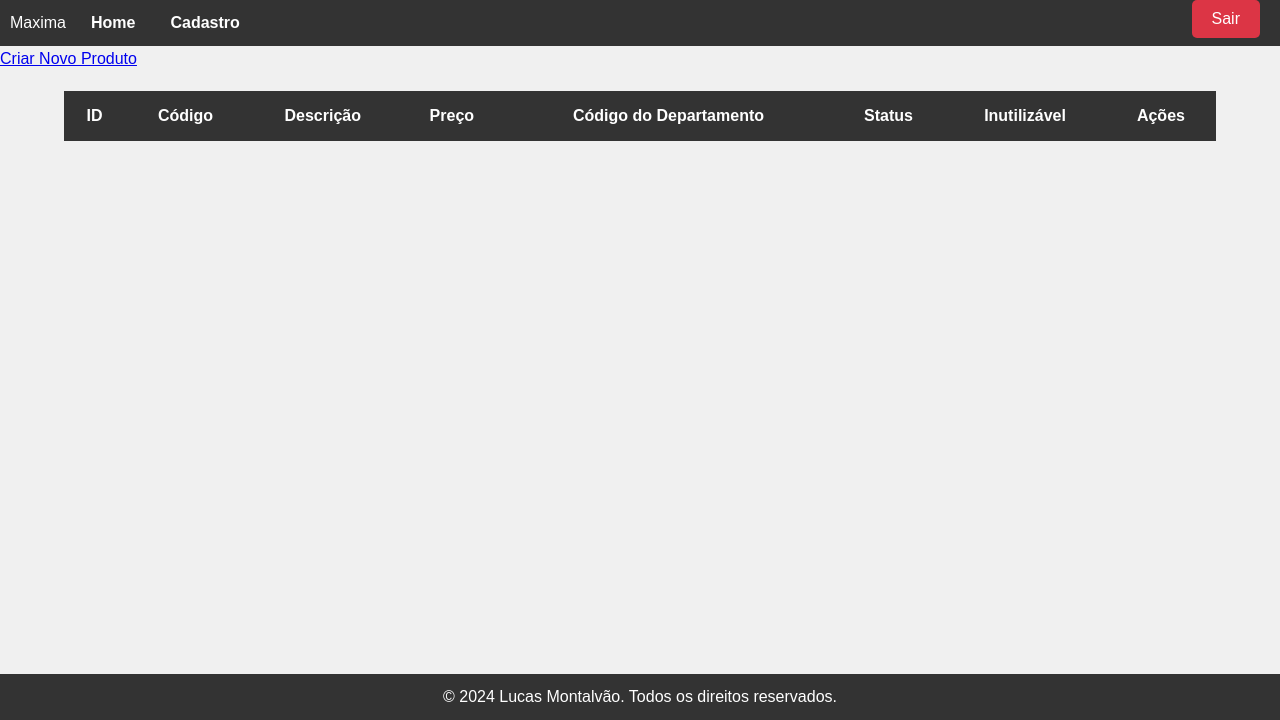
Repository: LucasMontalvao1/ProjetoMaxima
Page: /produto (app in AngularMaxima/)
An editor plug-in stored every save of this project. The page is shown before and after a run of saves, followed by the edit.
The browser window is 1280 px wide. The pictures show the whole page.
The page's requests for data from a server got no answer. The project was rebuilt for these pictures with package versions that can differ from the ones it lists, and the page was loaded fresh each time. No one was signed in, and anything a server would have sent is missing. Also part of the build but not shown: AngularMaxima/angular.json, AngularMaxima/src/app/pages/login/login.component.ts, AngularMaxima/src/app/pages/home/home.component.ts.

Above is the page before, as saved 2024-07-14 19:57:02.

### AngularMaxima/src/index.html
<!doctype html>
<html lang="en">
<head>
  <meta charset="utf-8">
  <title>AngularMaxima</title>
  <base href="/">
  <meta name="viewport" content="width=device-width, initial-scale=1">
  <link rel="icon" type="image/x-icon" href="favicon.ico">
</head>
<body>
  <app-root></app-root>
</body>
</html>

### AngularMaxima/src/styles.css
* {
  margin: 0;
  padding: 0;
  box-sizing: border-box;
}

body {
  font-family: Arial, sans-serif;
  background-color: #f0f0f0;
  font-size: 16px;
  line-height: 1.6;
}

.container {
  display: flex;
  flex-direction: column;
  justify-content: space-between;
  min-height: 100vh;
}

### AngularMaxima/src/app/app.module.ts
import { NgModule } from '@angular/core';
import { BrowserModule } from '@angular/platform-browser';

import { AppRoutingModule } from './app-routing.module';
import { AppComponent } from './app.component';
import { LoginComponent } from './pages/login/login.component';
import { ReactiveFormsModule } from '@angular/forms';
import { HttpClientModule } from '@angular/common/http';
import { AuthService } from './services/auth.service';
import { HomeComponent } from './pages/home/home.component';
import { MenuComponent } from './layout/menu/menu.component';
import { FooterComponent } from './layout/footer/footer.component';
import { ProdutosComponent } from './pages/produto/produto.component';

@NgModule({
  declarations: [
    AppComponent,
    LoginComponent,
    HomeComponent,
    MenuComponent,
    FooterComponent,
    ProdutosComponent,

  ],
  imports: [
    BrowserModule,
    AppRoutingModule,
    ReactiveFormsModule,
    HttpClientModule
  ],
  providers: [AuthService],
  bootstrap: [AppComponent]
})
export class AppModule { }

### AngularMaxima/src/app/app-routing.module.ts
import { NgModule } from '@angular/core';
import { RouterModule, Routes } from '@angular/router';
import { LoginComponent } from './pages/login/login.component';
import { HomeComponent } from './pages/home/home.component';
import { ProdutosComponent } from './pages/produto/produto.component';

const routes: Routes = [
  { path: '', redirectTo: '/login', pathMatch: 'full'},
  { path: 'login', component: LoginComponent},
  { path: 'home', component: HomeComponent},
  { path: 'produto', component: ProdutosComponent},
  { path: 'home', component: HomeComponent},
];

@NgModule({
  imports: [RouterModule.forRoot(routes)],
  exports: [RouterModule]
})
export class AppRoutingModule { }

### AngularMaxima/src/app/app.component.ts
import { Component } from '@angular/core';

@Component({
  selector: 'app-root',
  templateUrl: './app.component.html',
  styleUrls: ['./app.component.css']
})
export class AppComponent {
  title = 'AngularMaxima';
}

### AngularMaxima/src/app/services/auth.service.ts
import { Injectable } from '@angular/core';
import { HttpClient } from '@angular/common/http';
import { Observable } from 'rxjs';
import { environment } from '../../../src/environments/environment';
import { Router } from '@angular/router';

@Injectable({
  providedIn: 'root'
})
export class AuthService {

  private apiUrl = environment.apiUrl;

  constructor(private http: HttpClient, private router: Router) { }

  login(username: string, password: string): Observable<any> {
    const body = { username, password };
    return this.http.post<any>(`${this.apiUrl}/login`, body, { responseType: 'text' as 'json' });
  }

    logout() {
    this.router.navigate(['/login']);
    }
}

### AngularMaxima/src/app/layout/menu/menu.component.ts
import { Component } from '@angular/core';
import { AuthService } from '../../services/auth.service';

@Component({
  selector: 'app-menu',
  templateUrl: './menu.component.html',
  styleUrls: ['./menu.component.css']
})
export class MenuComponent {

  constructor(private authService: AuthService) {}

  logout() {
    this.authService.logout();
  }
}

### AngularMaxima/src/app/pages/produto/produto.component.ts
// produtos.component.ts

import { Component, OnInit } from '@angular/core';
import { Produto } from '../../models/produto.model';
import { ProdutoService } from '../../services/produto.service';

@Component({
  selector: 'app-produtos',
  templateUrl: './produto.component.html',
  styleUrls: ['./produto.component.css']
})
export class ProdutosComponent implements OnInit {
  produtos: Produto[] = []; // Inicializando a propriedade produtos como um array vazio

  constructor(private produtoService: ProdutoService) { }

  ngOnInit(): void {
    this.CarregarProdutos();
  }

  CarregarProdutos(): void {
    this.produtoService.getAllProdutos().subscribe(
      (data: Produto[]) => {
        this.produtos = data;
      },
      (error) => {
        console.error('Erro ao carregar produtos:', error);
      }
    );
  }

  buscarProdutoPorId(id: number): void {
    this.produtoService.getProdutoById(id).subscribe(
      (produto: Produto) => {
        console.log('Produto encontrado:', produto);
        // Aqui você pode implementar lógica para lidar com o produto encontrado
      },
      (error) => {
        console.error('Erro ao buscar produto por ID:', error);
      }
    );
  }


  criarProduto(): void {
    const novoProduto: Produto = {
      codigo: 'NovoCodigo',
      descricao: 'Nova Descrição',
      preco: 0,
      departamentoCodigo: '001',
      status: 0,
      inutilizavel: 0
    };

    this.produtoService.createProduto(novoProduto).subscribe(
      (response: Produto) => {
        console.log('Produto criado com sucesso:', response);
        this.CarregarProdutos(); // Recarrega a lista de produtos após criar um novo
      },
      (error) => {
        console.error('Erro ao criar produto:', error);
      }
    );
  }

  editarProduto(id: number): void {
    // Implemente conforme necessário, utilizando o serviço ProdutoService
    // Exemplo de uso: this.produtoService.updateProduto(id, produto).subscribe(...)
  }

  detalhesProduto(id: number): void {
    // Implemente conforme necessário, utilizando o serviço ProdutoService
    // Exemplo de uso: this.produtoService.getProdutoById(id).subscribe(...)
  }

  excluirProduto(id: number): void {
    if (confirm('Tem certeza que deseja apagar este produto?')) {
      this.produtoService.deleteProduto(id).subscribe(
        () => {
          console.log('Produto excluído com sucesso.');
          this.CarregarProdutos(); // Recarrega a lista de produtos após excluir um produto
        },
        (error) => {
          console.error('Erro ao apagar produto:', error);
        }
      );
    }
  }
}

### AngularMaxima/src/environments/environment.ts
export const environment = {
  production: false,
  apiUrl: 'https://localhost:7041'
};

### AngularMaxima/src/app/layout/menu/menu.component.html
<div class="menu-container">
  <nav class="menu">
    <ul>
      <li>Maxima</li>
      <li><a routerLink="/home">Home</a></li>
      <li class="cadastro">
        <a href="#">Cadastro</a>
        <div class="submenu">
          <a routerLink="/produto">Produtos</a>
          <a routerLink="/departamento">Departamentos</a>
        </div>
      </li>
    </ul>
  </nav>

  <div class="user-actions">
    <button class="logout-button" (click)="logout()">Sair</button>
  </div>
</div>

### AngularMaxima/src/app/layout/menu/menu.component.css
/* styles.css (ou menu.component.css) */

.menu {
  background-color: #333;
  color: white;
  padding: 10px;
  display: flex;
  justify-content: space-between;
  align-items: center;
  position: relative; /* Adicionado para posicionamento absoluto do submenu */
  width: 100%;
}

.menu ul {
  list-style-type: none;
  display: flex;
}

.menu ul li {
  margin-right: 15px;
  position: relative; /* Adicionado para posicionamento absoluto do submenu */
}

.menu ul li a {
  color: white;
  text-decoration: none;
  font-weight: bold;
  padding: 10px;
  position: relative;
}

.menu ul li a:hover {
  text-decoration: underline;
}

.submenu {
  display: none;
  position: absolute;
  background-color: #333;
  padding: 10px;
  top: 100%; /* Posiciona o submenu abaixo do item de menu */
  left: 0;
  z-index: 1; /* Garante que o submenu apareça sobre outros elementos */
}

.menu ul li.cadastro:hover .submenu {
  display: block; /* Mostra o submenu quando o mouse passa sobre o item de menu */
}

.user-actions {
  margin-left: auto;
}

.logout-button {
  background-color: #dc3545;
  color: white;
  border: none;
  padding: 10px 20px;
  border-radius: 5px;
  cursor: pointer;
  font-size: 1rem;
}

.logout-button:hover {
  background-color: #c82333;
}

.header {
  position: fixed;
  top: 0;
  left: 0;
  width: 100%;
  background-color: #333;
  color: white;
  padding: 10px 20px;
  display: flex;
  justify-content: space-between;
  align-items: center;
}

.menu-container {
  display: flex;
  align-items: center; /* Ajuste para centralizar verticalmente */
}

.user-actions {
  position: absolute;
  top: 0;
  right: 20px; /* Ajuste a margem direita conforme necessário */
}

### AngularMaxima/src/app/layout/footer/footer.component.html
<footer class="footer">
  <p>&copy; 2024 Lucas Montalvão. Todos os direitos reservados.</p>
</footer>

### AngularMaxima/src/app/layout/footer/footer.component.css
.footer {
  background-color: #333;
  color: white;
  text-align: center;
  padding: 10px 0;
  width: 100%;
  position: fixed;
  bottom: 0;
  left: 0;
  z-index: 1000; /* Ajuste conforme necessário */
}

### AngularMaxima/src/app/pages/produto/produto.component.html
<app-menu></app-menu>
<p>
    <a routerLink="/produtos/create" class="btn btn-primary">Criar Novo Produto</a>
</p>

<table class="table table-striped table-hover">
    <thead>
        <tr>
            <th>ID</th>
            <th>Código</th>
            <th>Descrição</th>
            <th>Preço</th>
            <th>Código do Departamento</th>
            <th>Status</th>
            <th>Inutilizável</th>
            <th>Ações</th>
        </tr>
    </thead>
    <tbody>
        <tr *ngFor="let produto of produtos">
            <td>{{ produto.id }}</td>
            <td>{{ produto.codigo }}</td>
            <td>{{ produto.descricao }}</td>
            <td>{{ produto.preco | currency }}</td>
            <td>{{ produto.departamentoCodigo }}</td>
            <td>{{ produto.status }}</td>
            <td>{{ produto.inutilizavel }}</td>
            <td>
                <a routerLink="/produto/edit/{{ produto.id }}" class="btn btn-primary">Editar</a>
                <a routerLink="/produto/details/{{ produto.id }}" class="btn btn-primary">Detalhes</a>
                <button (click)="(produto.id)" class="btn btn-danger">Apagar</button>
            </td>
        </tr>
    </tbody>
</table>
<app-footer></app-footer>

### AngularMaxima/src/app/pages/produto/produto.component.css
/* produtos.component.css */

.table {
  width: 90%;
  margin: 20px auto; /* Centraliza a tabela com margem */
  border-collapse: collapse;
}

.table th, .table td {
  text-align: center;
  padding: 12px; /* Aumenta o padding para dar mais espaço nos botões */
}

.table th {
  background-color: #333; /* Cor azul para o cabeçalho */
  color: white;
  font-size: 16px;
  font-weight: bold;
}

.table td {
  background-color: #f8f9fa; /* Cor de fundo das células */
}

.table .btn {
  border-radius: 8px; /* Borda arredondada */
  margin-right: 15px;
  padding: 10px 16px; /* Aumenta o padding para deixar os botões maiores */
}

.table .btn-primary {
  background-color: #007BFF; /* Cor azul para os botões "Editar" e "Detalhes" */
  color: white;
}

.table .btn-primary:hover {
  background-color: #0056b3; /* Cor mais escura ao passar o mouse */
}

.table .btn-danger {
  background-color: #dc3545; /* Cor vermelha para o botão "Apagar" */
  color: white;
}

.table .btn-danger:hover {
  background-color: #c82333; /* Cor mais escura ao passar o mouse */
}

### AngularMaxima/src/app/services/produto.service.ts
import { Injectable } from '@angular/core';
import { HttpClient } from '@angular/common/http';
import { Observable } from 'rxjs';
import { environment } from '../../../src/environments/environment';
import { Router } from '@angular/router';
import { Produto } from '../models/produto.model';

@Injectable({
  providedIn: 'root'
})
export class ProdutoService {

  private apiUrl = environment.apiUrl;

  constructor(private http: HttpClient, private router: Router) { }

  getAllProdutos(): Observable<Produto[]> {
    return this.http.get<Produto[]>(`${this.apiUrl}/produto`);
  }

  getProdutoById(id: number): Observable<Produto> {
    return this.http.get<Produto>(`${this.apiUrl}/produtos/${id}`);
  }

  createProduto(produto: Produto): Observable<Produto> {
    return this.http.post<Produto>(`${this.apiUrl}/produtos`, produto);
  }

  updateProduto(id: number, produto: Produto): Observable<Produto> {
    return this.http.put<Produto>(`${this.apiUrl}/produtos/${id}`, produto);
  }

  deleteProduto(id: number): Observable<any> {
    return this.http.delete<any>(`${this.apiUrl}/produtos/${id}`);
  }
}

Loaded but not shown: AngularMaxima/src/main.ts (common file); AngularMaxima/src/app/layout/footer/footer.component.ts (common file); AngularMaxima/src/app/app.component.html (common file); AngularMaxima/src/app/app.component.css (no stored copy; drawn as an empty file)

After the next 4 saves:
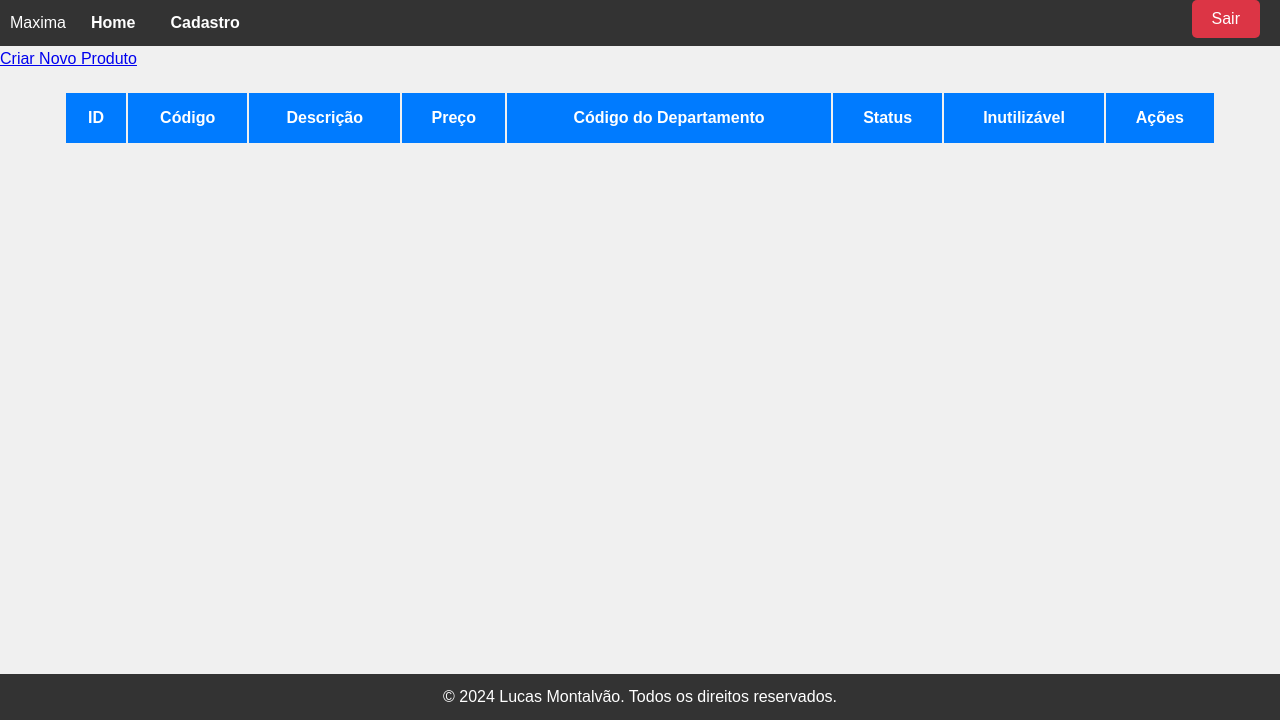
The 4 saves are shown as one change because they came seconds apart.
The last was saved 51 s later.
--- a/AngularMaxima/src/app/pages/produto/produto.component.css
+++ b/AngularMaxima/src/app/pages/produto/produto.component.css
@@ -3,7 +3,7 @@
 .table {
   width: 90%;
   margin: 20px auto; /* Centraliza a tabela com margem */
-  border-collapse: collapse;
+
 }
 
 .table th, .table td {
@@ -12,7 +12,7 @@
 }
 
 .table th {
-  background-color: #333; /* Cor azul para o cabeçalho */
+  background-color: #007BFF; /* Cor azul para o cabeçalho */
   color: white;
   font-size: 16px;
   font-weight: bold;
